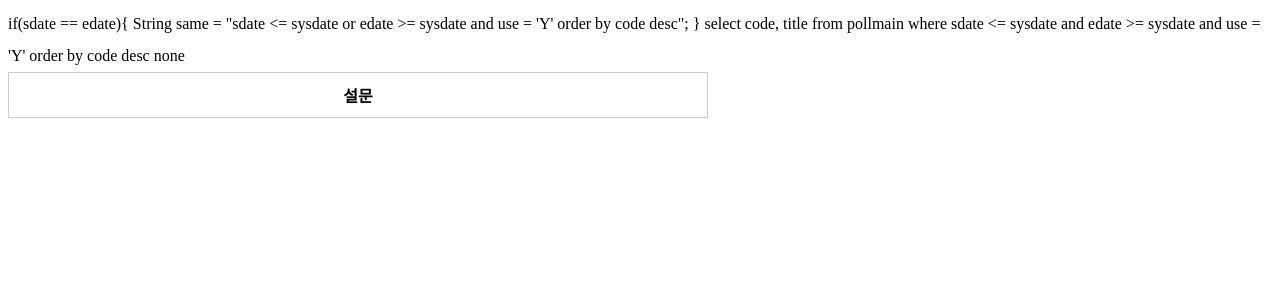
Repository: kgh2037/study
Page: http://localhost/project_servlet1/poll/main.jsp
The author's editor kept a copy of each file at every save. The page is drawn from the files as they stood at one save, then again after the next save.
The browser window is 1280 px wide. The pictures show the whole page.
The page is served by Tomcat 9. Queries for data that is not in the repository find no rows.

Above is the page before, as saved 2023-07-10 04:50:50.

After the next save:
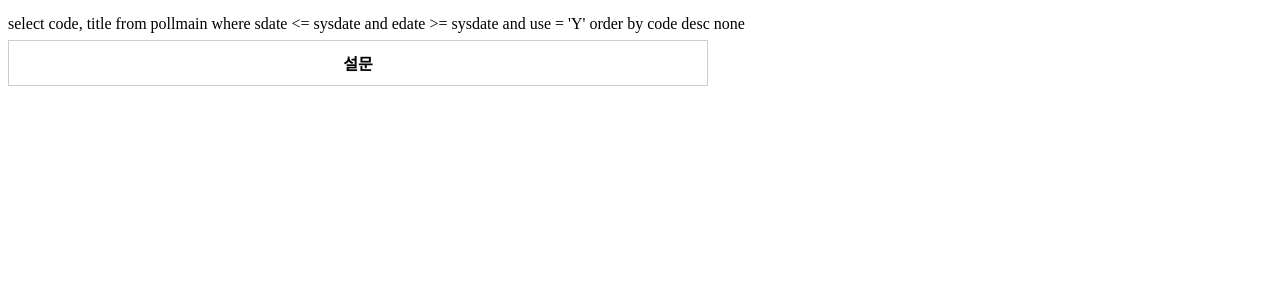
Saved 53 s later.
--- a/project_servlet1/src/main/webapp/poll/main.jsp
+++ b/project_servlet1/src/main/webapp/poll/main.jsp
@@ -12,14 +12,14 @@ ResultSet rs2 = stmt.executeQuery(sql2);
 
 String sdate = rs2.getString("sdate");
 String edate = rs2.getString("edate");
-%>
+
 	if(sdate == edate){
-
-	String same = "sdate <= sysdate or edate >= sysdate and use = 'Y' order by code desc";
+	String where = "sdate <= sysdate or edate >= sysdate and use = 'Y' order by code desc";
+	} else {
+	String where = "sdate <= sysdate and edate >= sysdate and use = 'Y' order by code desc";
 	}
 
 
-<%
 String sql = "select code, title from pollmain where sdate <= sysdate and edate >= sysdate "
 				+ "and use = 'Y' order by code desc";
 ResultSet rs = stmt.executeQuery(sql);
